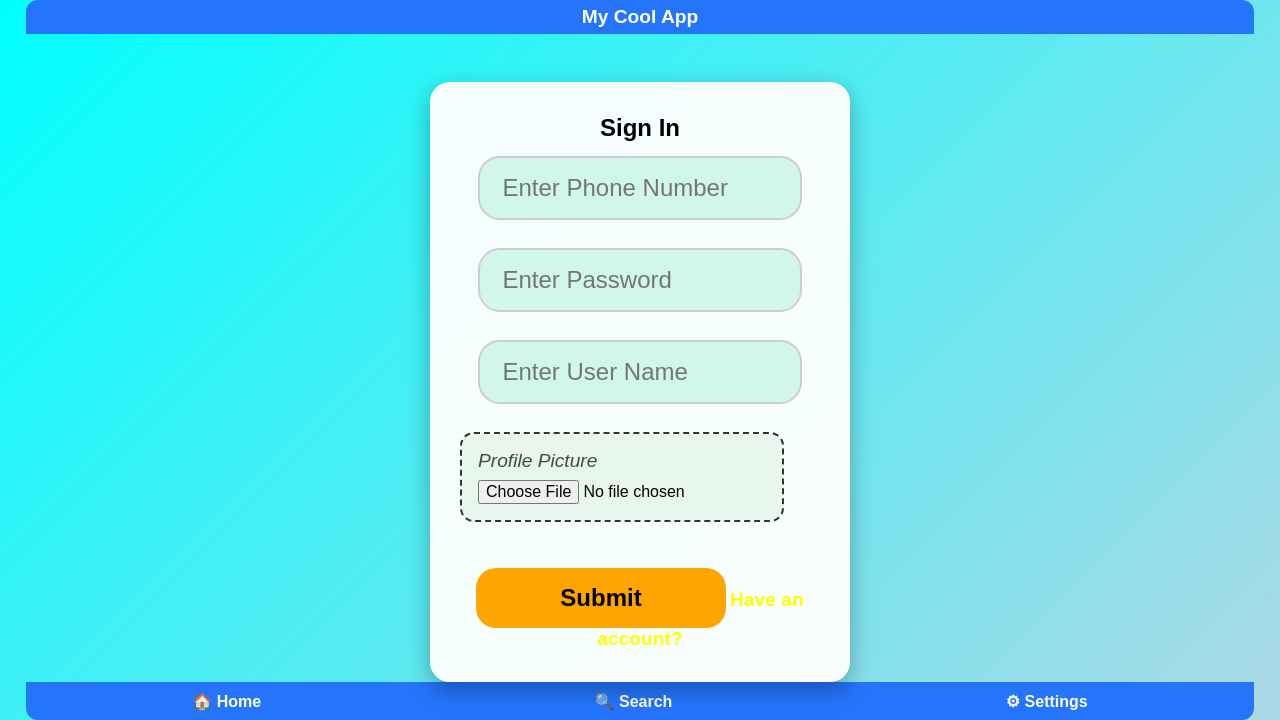
Repository: Amani-Kibet/express-app-web
Page: pages/signup/signIn.html
These files come from the project's save history. The page is drawn as it stood at one moment and after the next save; the edit follows.
The browser window is 1280 px wide. The pictures show the whole page.
An inner scrolling area shows only its first screen.

Above is the page before, as saved 2025-09-28 20:48:55.

After the next save:
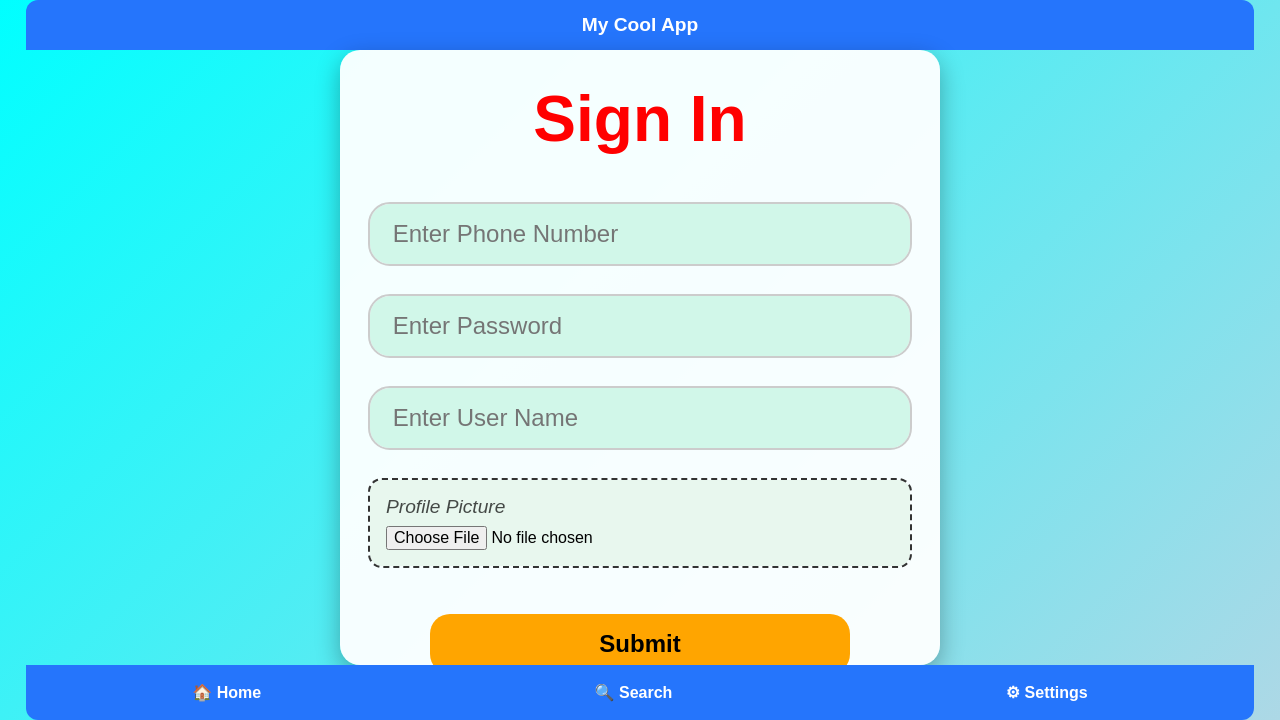
Saved 80 s later.
--- a/pages/signup/signIn.html
+++ b/pages/signup/signIn.html
@@ -70,17 +70,18 @@
 
     /* Main content */
     main {
-      background: rgba(255, 255, 255, 0.95);
-      width: 95%;
-      max-width: 420px;
-      padding: 2rem;
+      width: 100%;
+      max-width: 600px;
+      display: flex;
+      flex-direction: column;
+      align-items: center;
+      flex: 1;
+      overflow-y: auto;
+      padding: 2rem 0;
       border-radius: 20px;
       box-shadow: 0 8px 25px rgba(0,0,0,0.3);
-      position: relative;
-      text-align: center;
-      margin-top: 3rem; /* push down slightly */
+      background: rgba(255, 255, 255, 0.95);
       animation: fadeIn 1s ease-in-out;
-    }
     }
 
     h2 {
